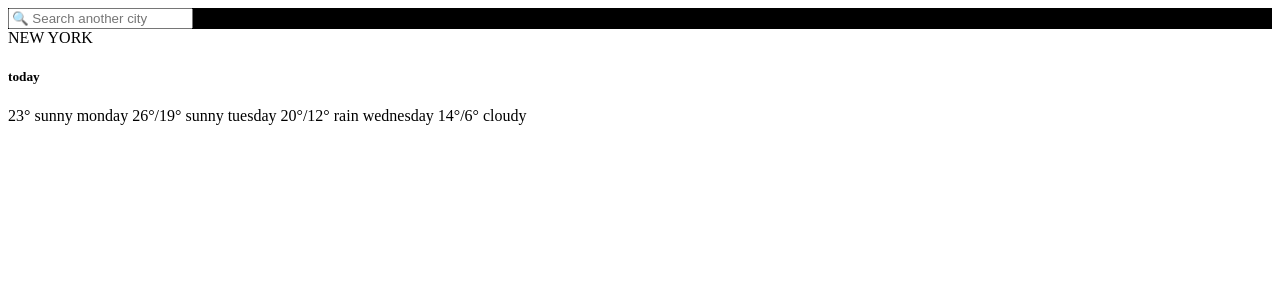
Repository: liav13/WeatherTast
Page: index.html
These files come from the project's save history. The page is drawn as it stood at one moment and after the next save; the edit follows.
The browser window is 1280 px wide. The pictures show the whole page.
The style sheet was rebuilt from its Sass, Less or Tailwind sources for each picture, by a compiler version that may differ from the author's.

Above is the page before, as saved 2019-07-13 13:33:10.

After the next save:
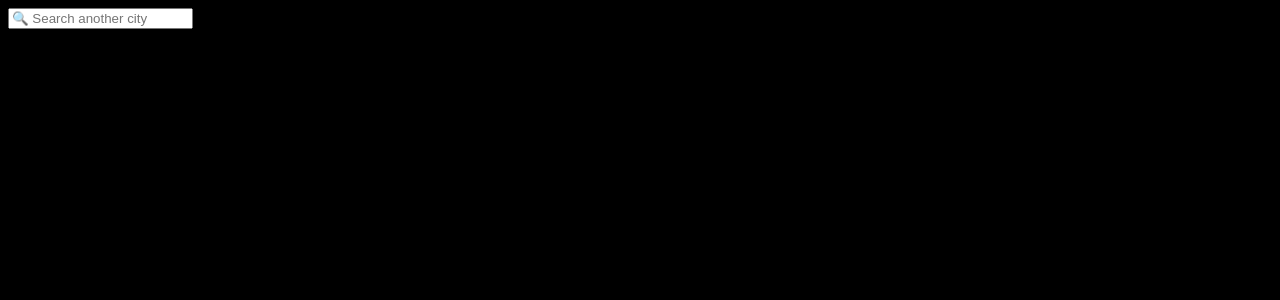
Saved 6 s later.
--- a/styles/style.scss
+++ b/styles/style.scss
@@ -1,5 +1,5 @@
 $primaryColor: white;
 
-header{
+body{
     background-color:black;
 }
